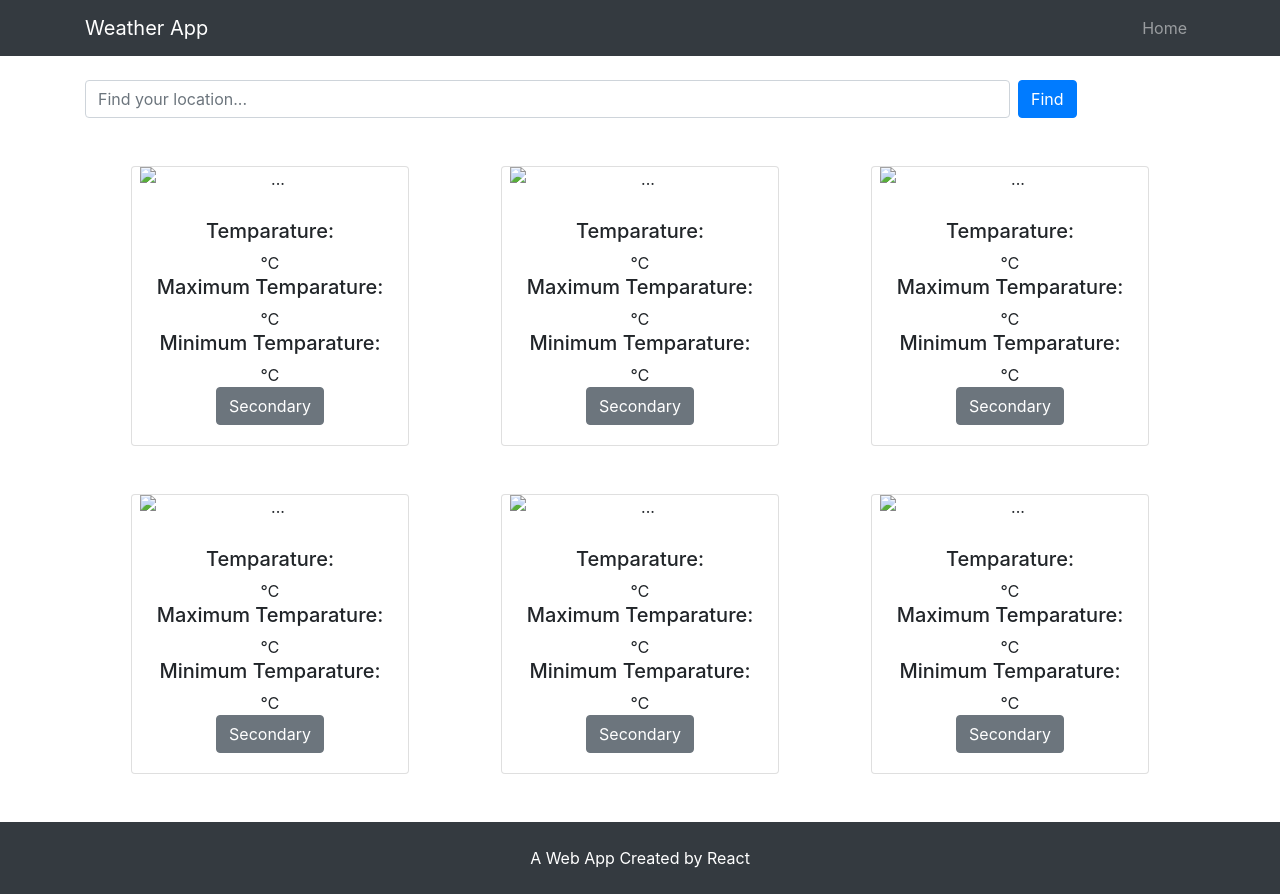
Repository: smk87/weather-app-react
Page: /
These files come from the project's save history. The page is drawn as it stood at one moment and after the next save; the edit follows.
The browser window is 1280 px wide. The pictures show the whole page.
The page's requests for data from a server got no answer. Some web libraries are served in a nearby version. The project was rebuilt for these pictures with package versions that can differ from the ones it lists, and the page was loaded fresh each time. A package was used in the major version that the imports need, not the one package.json lists. No one was signed in, and anything a server would have sent is missing.

Above is the page before, as saved 2019-02-06 19:24:03.

After the next save:
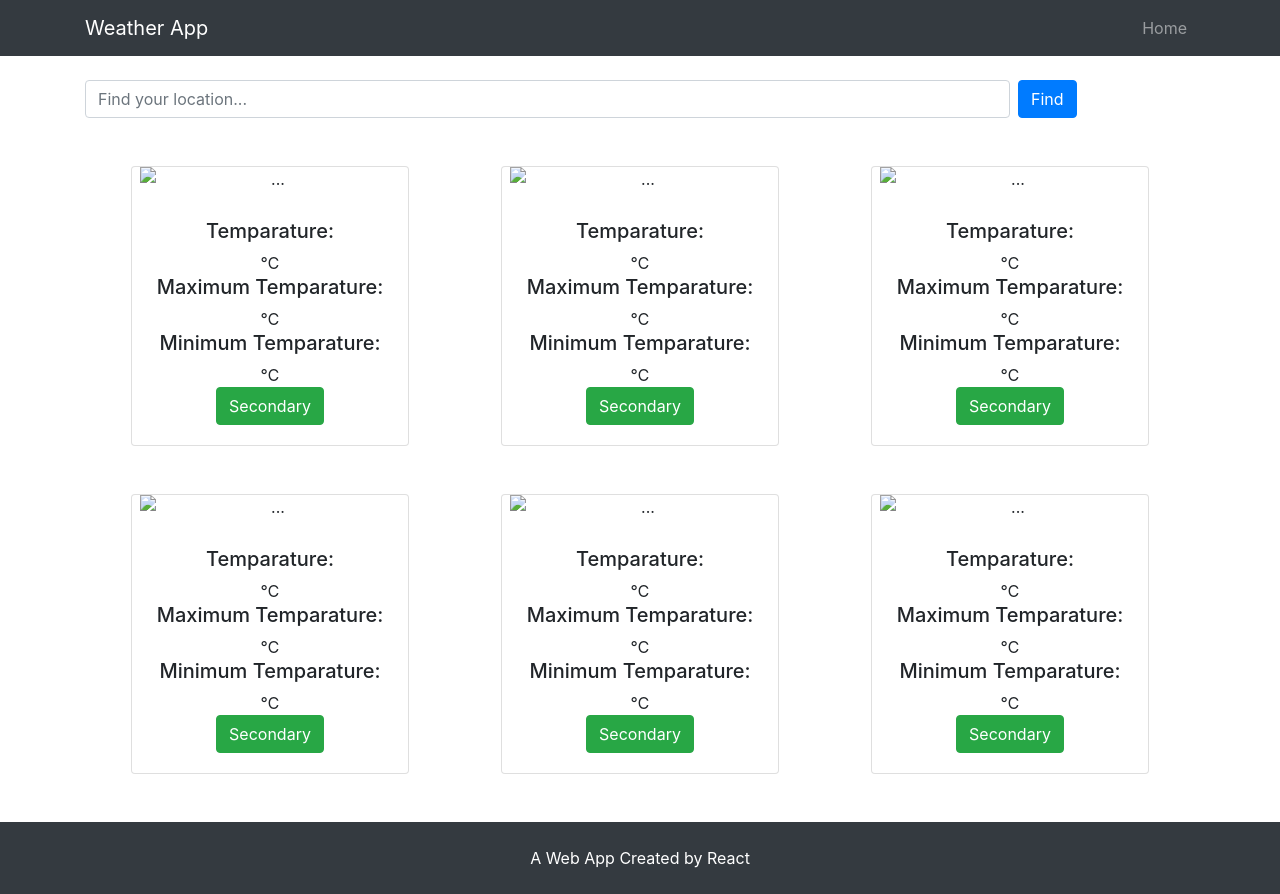
Saved 21 s later.
--- a/src/components/Weather.js
+++ b/src/components/Weather.js
@@ -120,7 +120,7 @@ export default class Weather extends Component {
           </div>
 
           <Link to="/">
-            <button type="button" class="btn btn-secondary">
+            <button type="button" class="btn btn-success">
               Secondary
             </button>
           </Link>
